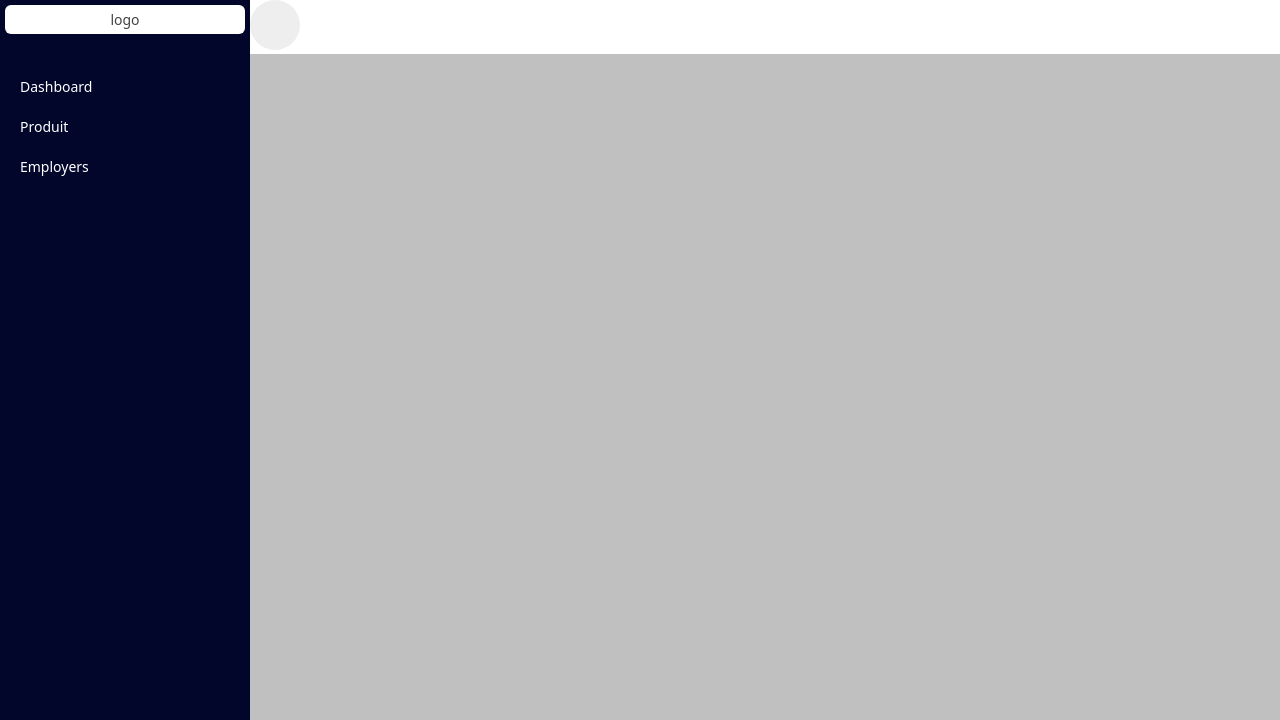
Repository: zpaulange/task_manager
Page: dashboard/index.html
An editor plug-in stored every save of this project. The page is shown before and after the next save, followed by the edit.
The browser window is 1280 px wide. The pictures show the whole page.

Above is the page before, as saved 2025-03-06 10:41:10.

### dashboard/index.html
<!DOCTYPE html>
<html lang="en">
<head>
    <meta charset="UTF-8">
    <meta name="viewport" content="width=device-width, initial-scale=1.0">
    <link rel="stylesheet" href="../assets/styles/dashboard/style.css">
    <title>Document</title>
</head>
<body>
  <section class="dashboard">
    <aside class="dashboard_left aside">
      <a href="#" class="aside_logo">logo</a>
      <ul class="aside_menu">
        <li class="aside_list"><a href="#">Dashboard</a></li>
        <li class="aside_list"><a href="#">Produit</a></li>
        <li class="aside_list"><a href="#">Employers</a></li>
      </ul>
    </aside>
    <div class="dashboard_right">
      <nav class="dashbaord_nav">
        <a href="#" class="dashbaord_nav_avatar">
          <span></span>
        </a>
      </nav>
      <main class="main">

      </main>
    </div>
  </section>

</body>
</html>

### assets/styles/dashboard/style.css
*{
  margin:0;
  padding:0;
  box-sizing: border-box;
  position:relative;
  font-family: system-ui, sans-serif;
  font-size: 14px;
  color:#434343;
}
body{
  overflow-x: hidden;
}
a{
  text-decoration: none;
}
a:active, a:hover{
  color:#434343;
}
img{
  width: 100%;
  height: auto;
}
ul li{
  list-style: none;
}

.dashboard{
  min-height: 100vh;
  background-color: silver;
}
.aside{
  width:250px;
  background-color: #02062b;
  height: 100vh;
  position: fixed;
  top:0;
  left:0;
  z-index: 10;
}
.aside_logo{
  display: block;
  text-align: center;
  padding:5px;
  background-color: #fff;
  margin:5px;
  border-radius:6px;
}
.aside_menu{
  margin-top: 35px;
}
.aside_list{
  margin-bottom: 5px;
  margin-left:10px;
  margin-right:10px;
}
.aside_list a{
  display: block;
  color:#fff;
  padding:8px 10px;
  transition:.2s;
  border-radius: 8px;
}
.aside_list a:hover{
  background-color: #0000004f;
}
.dashboard_right{
  padding-left: 250px;
  min-height: 100vh;
}
.dashbaord_nav{
  background-color: #fff;
  padding:
}
.dashbaord_nav_avatar{
  display: inline-block;
  height:50px;
  width: 50px;
  border-radius:50%;
  background-color: #eee;
}

After the next save:
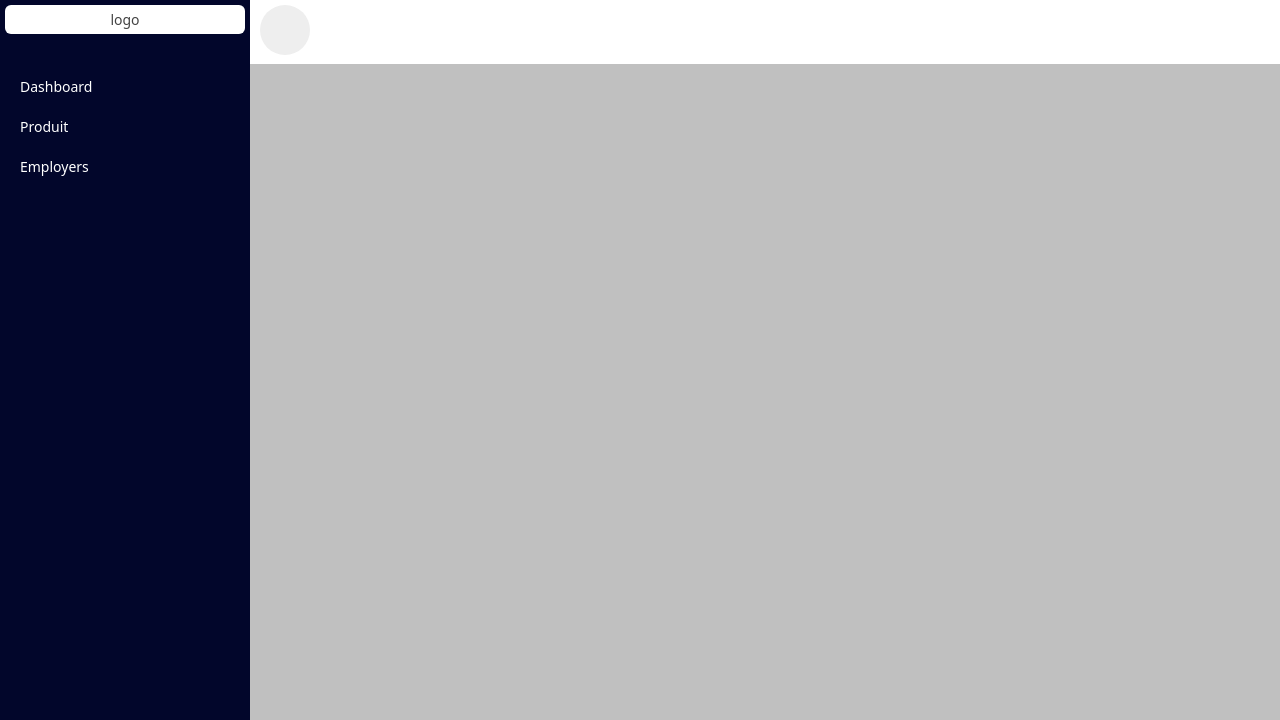
Saved 8 s later.
--- a/assets/styles/dashboard/style.css
+++ b/assets/styles/dashboard/style.css
@@ -69,7 +69,7 @@ ul li{
 }
 .dashbaord_nav{
   background-color: #fff;
-  padding:
+  padding:5px 10px
 }
 .dashbaord_nav_avatar{
   display: inline-block;
